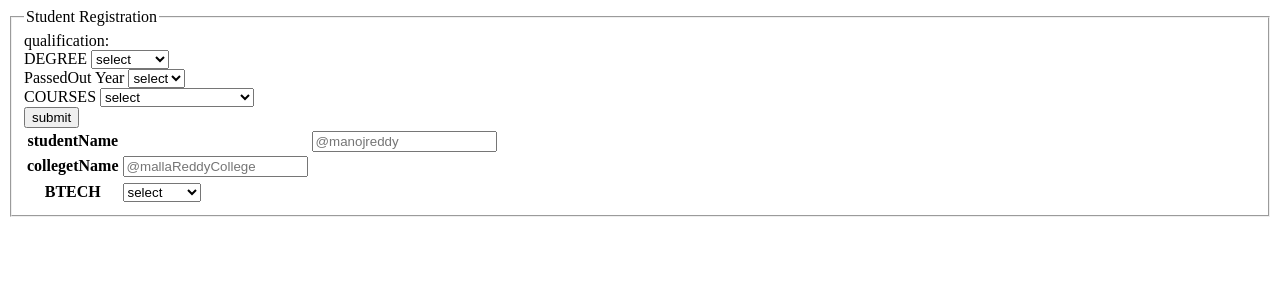
Repository: JanapatlaManojReddy/java
Page: http://localhost/institutionProject/StudentRegistration.jsp
These files come from the project's save history. The page is drawn as it stood at one moment and after the next save; the edit follows.
The browser window is 1280 px wide. The pictures show the whole page.
The page is served by Tomcat 9.

Above is the page before, as saved 2023-08-19 12:55:03.

After the next save:
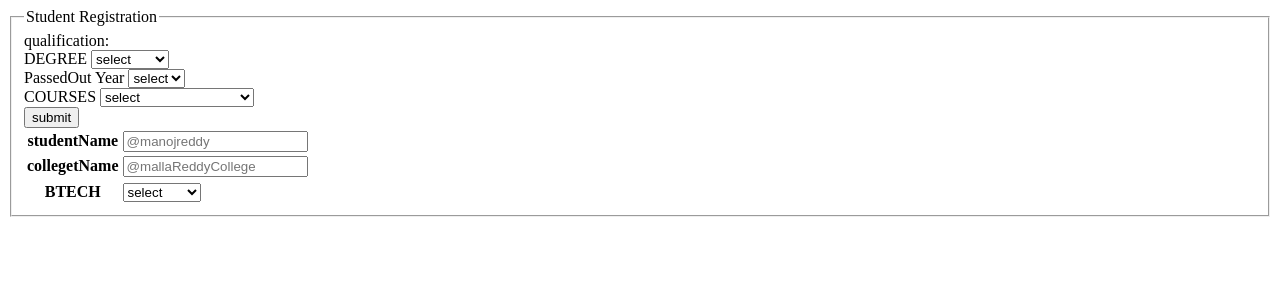
Saved 90 s later.
--- a/institutionProject/src/main/webapp/StudentRegistration.jsp
+++ b/institutionProject/src/main/webapp/StudentRegistration.jsp
@@ -15,7 +15,8 @@
 
 <tr>
 <th>
-<lable for="sname">studentName</lable><th>
+<lable for="sname">studentName</lable>
+</th>
 
 <td>
 <input type="text" name="studentName" placeholder="@manojreddy" required autocomplete="off">
